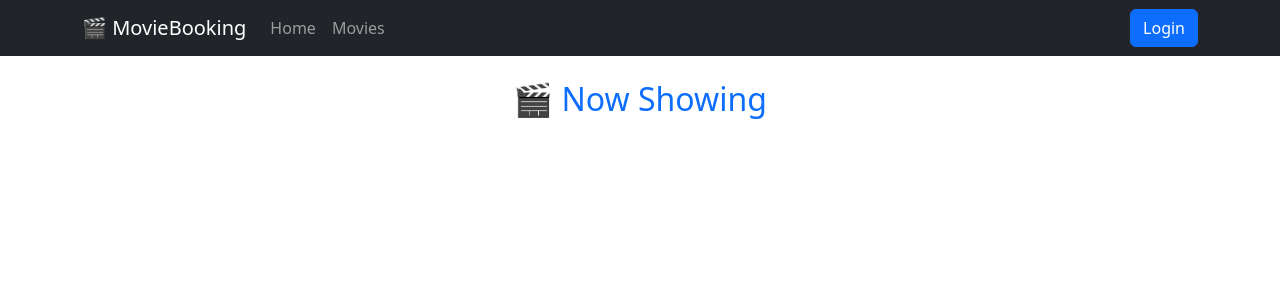
Repository: AshwinUgale/MovieBookingFrontend
Page: /movies
An editor plug-in stored every save of this project. The page is shown before and after the next save, followed by the edit.
The browser window is 1280 px wide. The pictures show the whole page.
The page's requests for data from a server got no answer. The project was rebuilt for these pictures with package versions that can differ from the ones it lists, and the page was loaded fresh each time. No one was signed in, and anything a server would have sent is missing. Also part of the build but not shown: src/components/HeroSection.js, src/components/TrendingMovies.js, src/components/MovieSearch.js, src/components/GenreSection.js, src/components/Testimonials.js, src/components/CallToAction.js, src/pages/HomePage.js, src/pages/LoginPage.js and 10 more.

Above is the page before, as saved 2025-02-15 18:47:51.

After the next save:
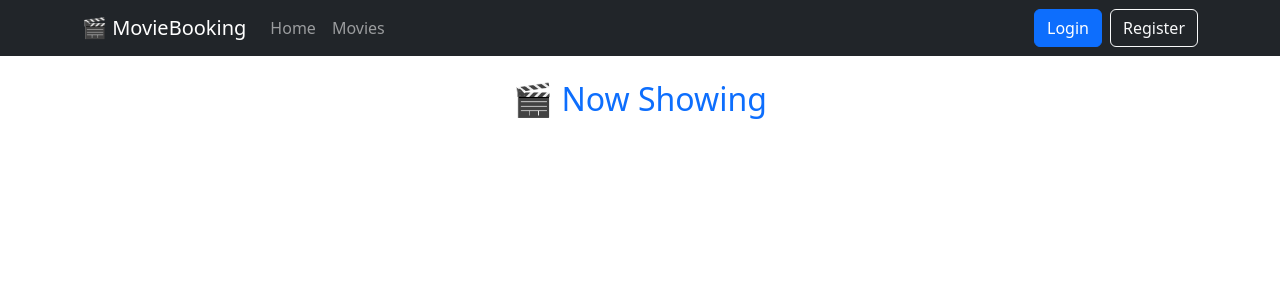
Saved 5 days later.
--- a/src/components/Navbar.js
+++ b/src/components/Navbar.js
@@ -18,10 +18,13 @@ const CustomNavbar = () => {
                         {isAuthenticated && <Nav.Link as={Link} to="/bookings">My Bookings</Nav.Link>}
                     </Nav>
                     <Nav>
-                        {isAuthenticated ? (
+                        {!isAuthenticated ? (
+                            <>
+                                <Button variant="primary" as={Link} to="/login" className="mx-2">Login</Button>
+                                <Button variant="outline-light" as={Link} to="/register">Register</Button>
+                            </>
+                        ) : (
                             <Button variant="outline-light" onClick={logout}>Logout</Button>
-                        ) : (
-                            <Button variant="primary" as={Link} to="/login">Login</Button>
                         )}
                     </Nav>
                 </Navbar.Collapse>
